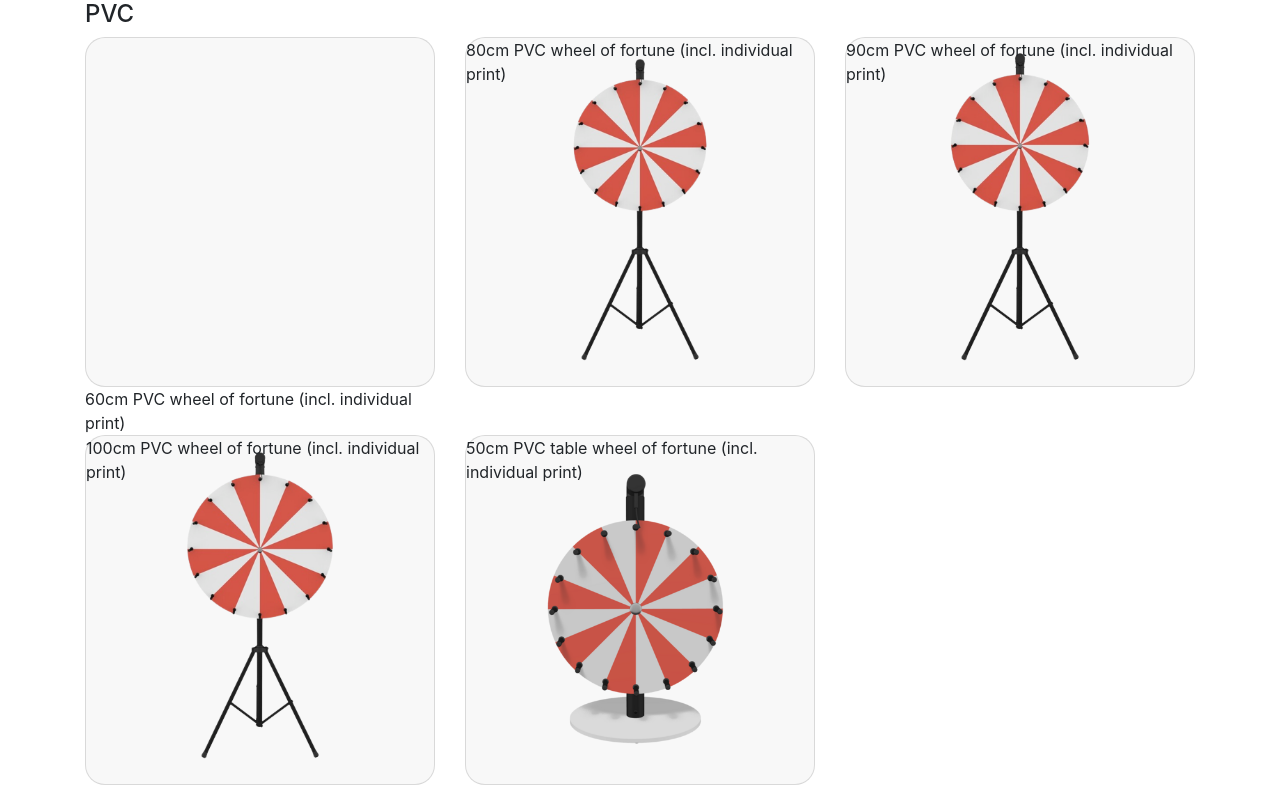
Repository: Awaisp-irfan/fahad-project
Page: pvc.html
These files come from the project's save history. The page is drawn as it stood at one moment and after the next save; the edit follows.
The browser window is 1280 px wide. The pictures show the whole page.

Above is the page before, as saved 2022-06-30 08:28:17.

After the next save:
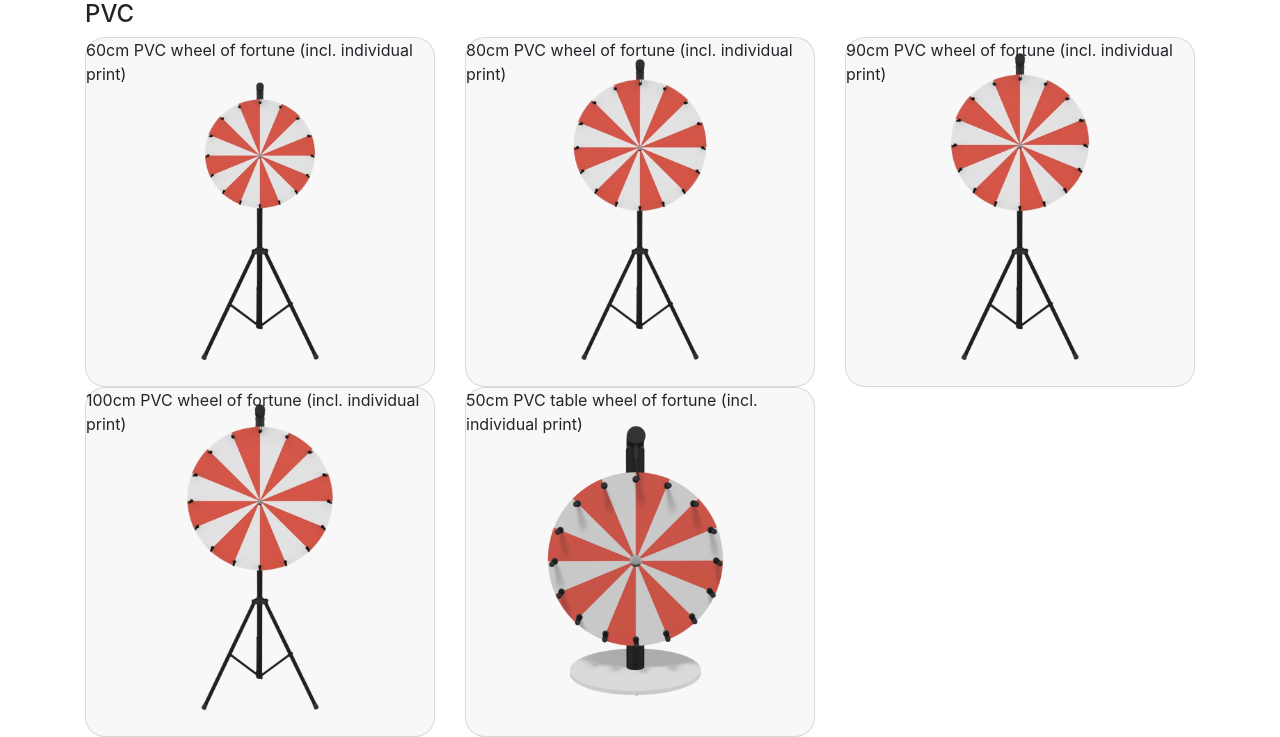
Saved 49 s later.
--- a/pvc.html
+++ b/pvc.html
@@ -25,10 +25,9 @@
       <div class="row">
         <div class="col-lg-4">
           <div class="card img-div">
-
-          </div>
-          <div class="cm60">
-            60cm PVC wheel of fortune (incl. individual print)
+            <div class="cm60">
+              60cm PVC wheel of fortune (incl. individual print)
+            </div>
           </div>
         </div>
         <div class="col-lg-4">
